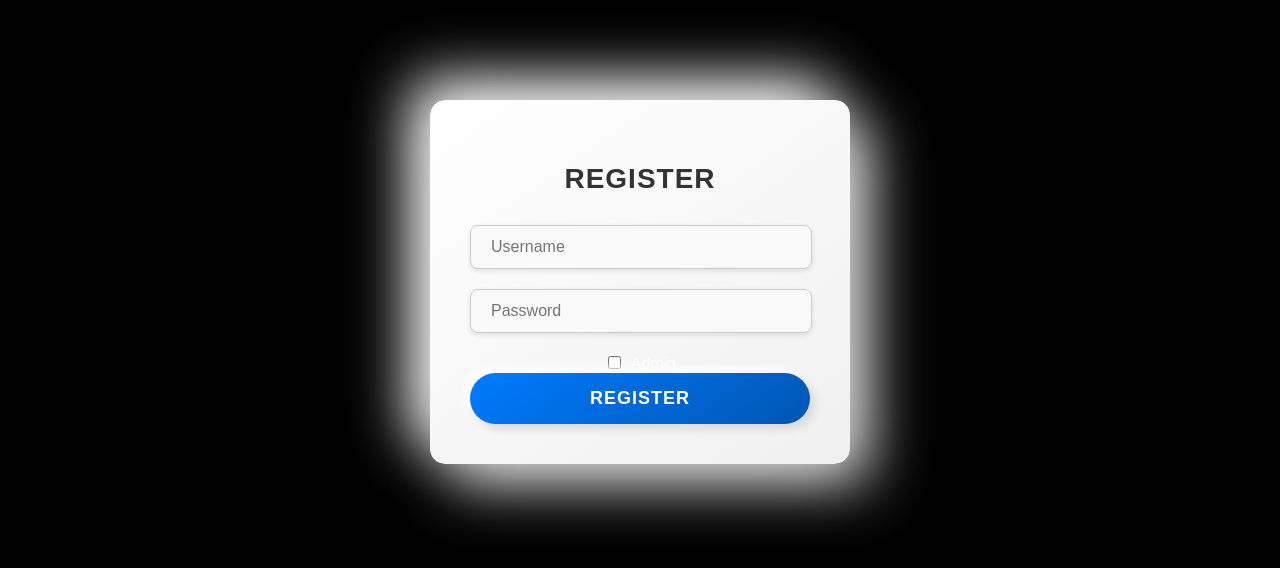
Repository: mdmisri/needy-talk
Page: /register (app in frontend/talk-d1/)
An editor plug-in stored every save of this project. The page is shown before and after the next save, followed by the edit.
The browser window is 1280 px wide. The pictures show the whole page.
The page's requests for data from a server got no answer. The project was rebuilt for these pictures with package versions that can differ from the ones it lists, and the page was loaded fresh each time. No one was signed in, and anything a server would have sent is missing. Also part of the build but not shown: frontend/talk-d1/src/components/Login/Login.css, frontend/talk-d1/src/components/Login/Login.js, frontend/talk-d1/src/conversationUtils.js, frontend/talk-d1/src/hooks/useConversation.js, frontend/talk-d1/src/components/Chat/styles/Message.css, frontend/talk-d1/src/components/Chat/Message.js, frontend/talk-d1/src/components/Chat/ChatBox.js, frontend/talk-d1/src/components/Chat/AdminChatBox.js and 3 more.

Above is the page before, as saved 2024-07-29 04:27:06.

After the next save:
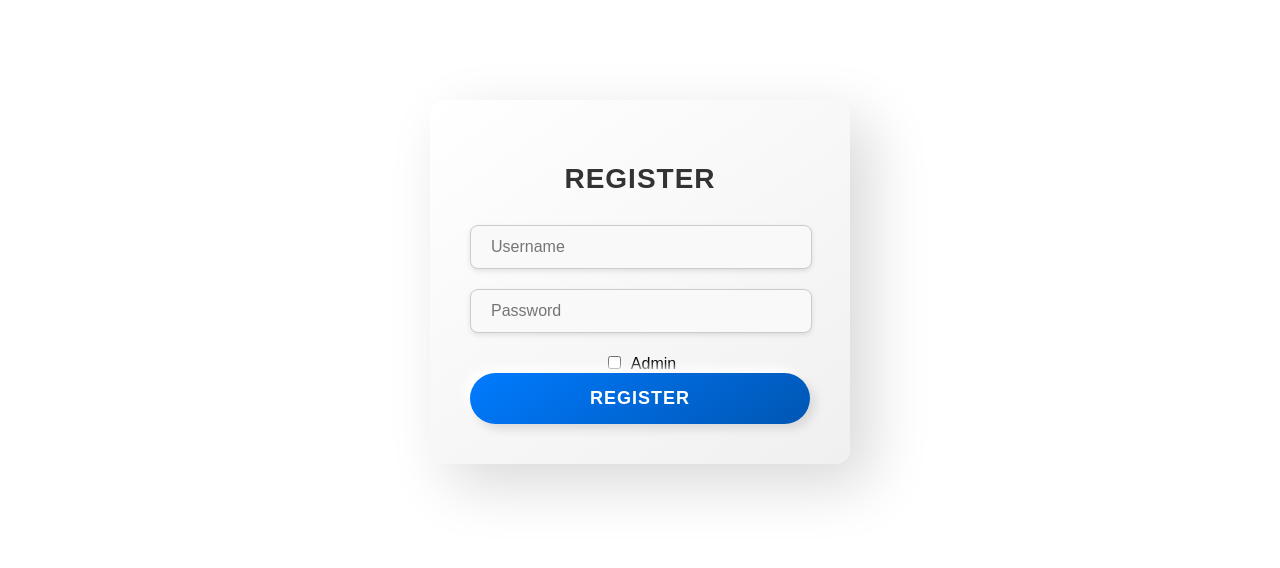
Saved 24 s later.
--- a/frontend/talk-d1/src/components/Register/Register.css
+++ b/frontend/talk-d1/src/components/Register/Register.css
@@ -1,9 +1,3 @@
-body {
-    background-color: #000; /* Set the background color to black */
-    color: #fff; /* Optionally set the text color to white for better contrast */
-}
-
-
 .form-container {
     width: 340px;
     padding: 40px;
